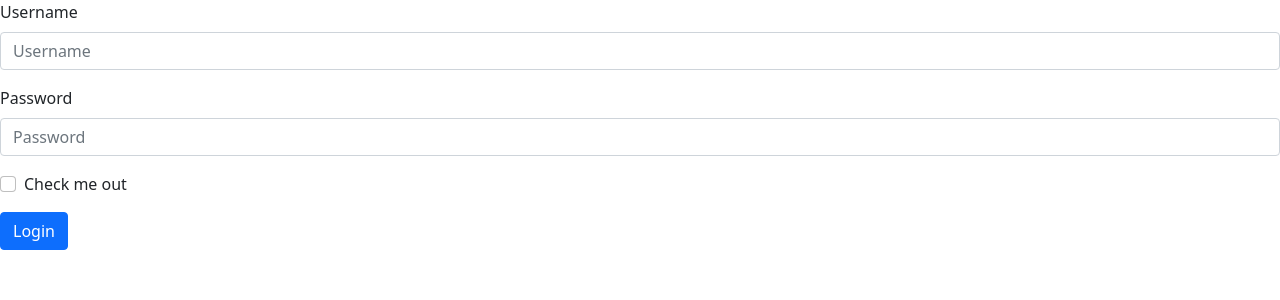
Repository: dilaraozdem1r/BooksApp
Page: /admin/page
An editor plug-in stored every save of this project. The page is shown before and after the next save, followed by the edit.
The browser window is 1280 px wide. The pictures show the whole page.
The page's requests for data from a server got no answer. The project was rebuilt for these pictures with package versions that can differ from the ones it lists, and the page was loaded fresh each time. No one was signed in, and anything a server would have sent is missing. Also part of the build but not shown: src/Components/BookList.js, src/Components/SearchBar.js.

Above is the page before, as saved 2021-08-20 13:15:16.

### public/index.html
<!DOCTYPE html>
<html lang="en">
  <head>
    <meta charset="utf-8" />
    <link rel="icon" href="%PUBLIC_URL%/favicon.ico" />
    <meta name="viewport" content="width=device-width, initial-scale=1" />
    <meta name="theme-color" content="#000000" />
    <meta
      name="description"
      content="Web site created using create-react-app"
    />
    <link rel="apple-touch-icon" href="%PUBLIC_URL%/logo192.png" />
    <!--
      manifest.json provides metadata used when your web app is installed on a
      user's mobile device or desktop. See https://developers.google.com/web/fundamentals/web-app-manifest/
    -->
    <link rel="manifest" href="%PUBLIC_URL%/manifest.json" />
    <!--
      Notice the use of %PUBLIC_URL% in the tags above.
      It will be replaced with the URL of the `public` folder during the build.
      Only files inside the `public` folder can be referenced from the HTML.

      Unlike "/favicon.ico" or "favicon.ico", "%PUBLIC_URL%/favicon.ico" will
      work correctly both with client-side routing and a non-root public URL.
      Learn how to configure a non-root public URL by running `npm run build`.
    -->
    <link href="https://cdn.jsdelivr.net/npm/bootstrap@5.0.2/dist/css/bootstrap.min.css" rel="stylesheet" integrity="sha384-EVSTQN3/azprG1Anm3QDgpJLIm9Nao0Yz1ztcQTwFspd3yD65VohhpuuCOmLASjC" crossorigin="anonymous">
    <title>Books App</title>
  </head>
  <body>
    <noscript>You need to enable JavaScript to run this app.</noscript>
    <div id="root"></div>
    <!--
      This HTML file is a template.
      If you open it directly in the browser, you will see an empty page.

      You can add webfonts, meta tags, or analytics to this file.
      The build step will place the bundled scripts into the <body> tag.

      To begin the development, run `npm start` or `yarn start`.
      To create a production bundle, use `npm run build` or `yarn build`.
    -->
    <script src="https://cdn.jsdelivr.net/npm/bootstrap@5.0.2/dist/js/bootstrap.bundle.min.js" integrity="sha384-MrcW6ZMFYlzcLA8Nl+NtUVF0sA7MsXsP1UyJoMp4YLEuNSfAP+JcXn/tWtIaxVXM" crossorigin="anonymous"></script>
  </body>
</html>

### src/index.js
import React from 'react'
import ReactDOM from 'react-dom'
import App from './Components/App'

ReactDOM.render(
    <App />,
    document.getElementById('root')

);

### src/Components/App.js
import React from 'react'
import { BrowserRouter as Router, Switch, Route, Link } from "react-router-dom";
import Books from './BookList';
import axios from 'axios'
import SearchBar from './SearchBar'
import Admin from './Admin'

class App extends React.Component {
  state = {
    books: [],
    searchQuery:""
  }

  async componentDidMount() {
    this.getBooks();

  }
  async getBooks() {
    const response = await axios.get(" http://localhost:3004/books");

    this.setState({ books: response.data })

  }
  searchMovie=(event)=>{
    this.setState({
      searchQuery:event.target.value
    })

  }

  render() {

    let filteredBooks=this.state.books.filter(
      (book)=>{
        return book.name.toLowerCase().indexOf(this.state.searchQuery.toLowerCase()) !== -1 }
    ).sort((a,b)=>{
      return a.id < b.id ? 1 : a.id > b.id ? -1 : 0 ;
    });



    return (
      <Router>
      <Switch>
      <Route path="/" exact render={() => (
            <React.Fragment>
      <div>
        <nav className="navbar navbar-light bg-light">
            <div className="container-fluid">
            <a class="navbar-brand">
          <img src="https://encrypted-tbn0.gstatic.com/images?q=tbn:ANd9GcRZ-o86obF-UTdLqsqqiUM6O82URx7R52fXlw&usqp=CAU" alt="" width="50" height="40" class="d-inline-block align-text-top"/>
          </a>

            <SearchBar search={this.searchMovie} />
            <div className="col ol-md-5">
                        <Link
                            to="/admin"
                            type="button"
                            className="btn btn-danger"
                            style={{ float: 'right' }}
                        >Admin Login</Link>
                    </div>

            </div>
          </nav>
      </div>
    <div>
              <Books books={filteredBooks} />
          </div>

    </React.Fragment> )}>
    </Route>

    <Route path="/admin" render={({ history }) => (
            <Admin  />
          )}>
          </Route>
    <div>
      <button class="navbar-toggler" type="button" data-bs-toggle="collapse" data-bs-target="#navbarSupportedContent" aria-controls="navbarSupportedContent" aria-expanded="false" aria-label="Toggle navigation">Admin Login</button>
    </div>












      </Switch>
      </Router>
        );
}
}
        export default App;

### src/Components/Admin.js
import React from 'react';
import { BrowserRouter as Router, Switch, Route, Link } from "react-router-dom";
class Admin extends React.Component {

    render() {
        return (
            <Router>
                <Switch>
                    <form>
                        <div class="mb-3">
                            <label for="exampleInputEmail1" class="form-label">Username</label>
                            <input type="text" class="form-control" placeholder="Username" aria-label="First name"/>

  </div>
                            <div class="mb-3">
                                <label for="exampleInputPassword1" class="form-label">Password</label>
                                <input type="password" class="form-control" placeholder="Password" aria-label="Last name"/>
  </div>
                                <div class="mb-3 form-check">
                                    <input type="checkbox" class="form-check-input" id="exampleCheck1"/>
                                        <label class="form-check-label" for="exampleCheck1">Check me out</label>
  </div>
                                    <button type="submit" class="btn btn-primary">Login</button>
</form>
         </Switch>
        </Router>

                        )
    }

}
                        export default Admin;

After the next save:
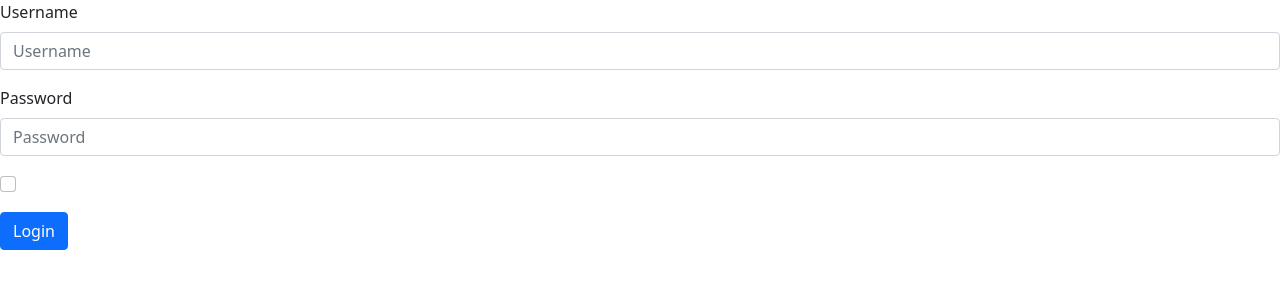
Saved 20 s later.
--- a/src/Components/Admin.js
+++ b/src/Components/Admin.js
@@ -18,7 +18,6 @@ class Admin extends React.Component {
   </div>
                                 <div class="mb-3 form-check">
                                     <input type="checkbox" class="form-check-input" id="exampleCheck1"/>
-                                        <label class="form-check-label" for="exampleCheck1">Check me out</label>
   </div>
                                     <button type="submit" class="btn btn-primary">Login</button>
 </form>
